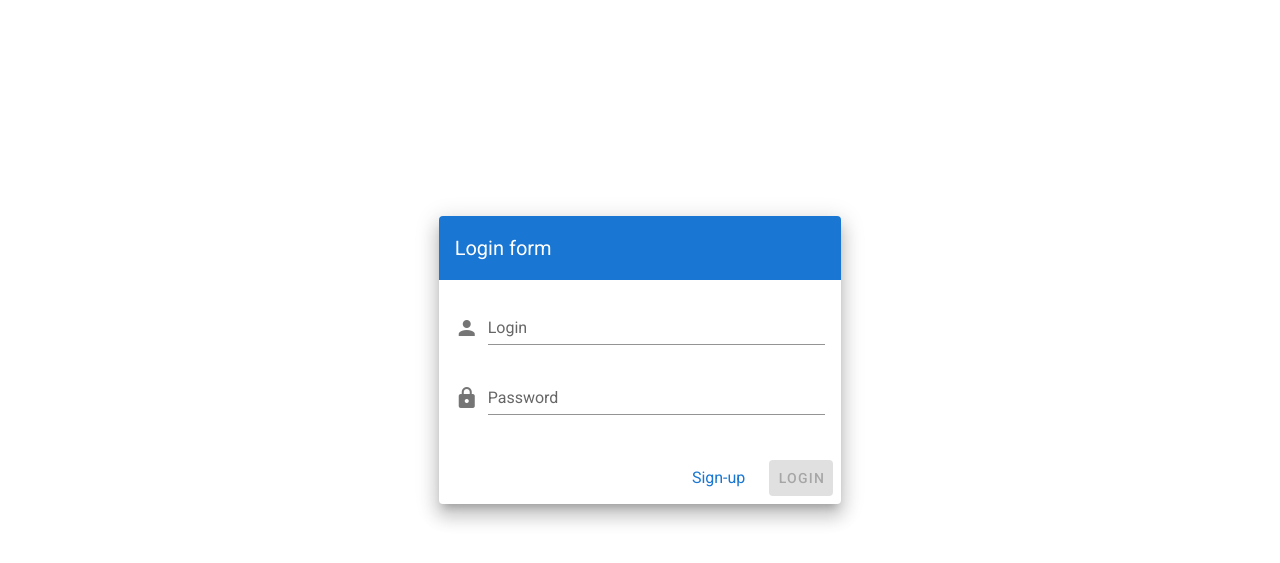
Repository: EldarioLink/lome
Page: /
The author's editor kept a copy of each file at every save. The page is drawn from the files as they stood at one save, then again after the next save.
The browser window is 1280 px wide. The pictures show the whole page.
The project was rebuilt for these pictures with package versions that can differ from the ones it lists, and the page was loaded fresh each time. Also part of the build but not shown: vue.config.js, src/layouts/MainLayout.vue.

Above is the page before, as saved 2020-09-11 16:17:58.

### src/main.js
import Vue from "vue";
import App from "./App.vue";
import VueRouter from "vue-router";
import router from "./router";
import store from "./store";

import firebase from "firebase/app";

// Add the Firebase products that you want to use
import "firebase/auth";
import "firebase/firestore";
import vuetify from "./plugins/vuetify";

Vue.use(VueRouter);

Vue.config.productionTip = false;
var firebaseConfig = {
  apiKey: "AIzaSyApWNnaz35IxgPm7jItGTBmmhuXDdPxA9g",
  authDomain: "lome-b0ead.firebaseapp.com",
  databaseURL: "https://lome-b0ead.firebaseio.com",
  projectId: "lome-b0ead",
  storageBucket: "lome-b0ead.appspot.com",
  messagingSenderId: "666332082702",
  appId: "1:666332082702:web:35d0519f1b72a009f9425f"
};

// Initialize Firebase
firebase.initializeApp(firebaseConfig);

let app;
firebase.auth().onAuthStateChanged(() => {
  console.log("app", app);
  if (!app) {
    new Vue({
      router,
      store,
      vuetify,
      render: h => h(App)
    }).$mount("#app");
  }
});

### src/App.vue
<template>
  <div id="app">
    <component :is="layout"> </component>
  </div>
</template>

<script>
import EmptyLayout from "@/layouts/EmptyLayout";
import MainLayout from "@/layouts/MainLayout";

export default {
  name: "App",
  data: () => ({}),
  components: {
    EmptyLayout,
    MainLayout
  },
  computed: {
    layout() {
      return (this.$route.meta.layout || "empty") + "-layout";
    }
  }
};
</script>

<style lang="scss"></style>

### src/router/index.js
import Vue from "vue";
import VueRouter from "vue-router";
import firebase from "firebase/app";

Vue.use(VueRouter);

const routes = [
  {
    path: "/",
    name: "Home",
    meta: { layout: "main", auth: true },
    component: () => import("@/views/Home.vue")
  },
  {
    path: "/login",
    name: "login",
    meta: { layout: "empty" },
    component: () => import("@/views/Login.vue")
  },
  {
    path: "/register",
    name: "register",
    meta: { layout: "empty" },
    component: () => import("@/views/Register.vue")
  }
];

const router = new VueRouter({
  mode: "history",
  base: process.env.BASE_URL,
  routes
});

router.beforeEach((to, from, next) => {
  const currentUser = firebase.auth().currentUser;
  const requireAuth = to.matched.some(record => record.meta.auth);
  if (requireAuth && !currentUser) {
    next("/login");
  } else {
    next();
  }
});

export default router;

### src/store/index.js
import Vue from "vue";
import Vuex from "vuex";
import auth from "./auth";

Vue.use(Vuex);

export default new Vuex.Store({
  state: {
    error: null
  },
  mutations: {
    setError(state, error) {
      state.error = error;
    },
    clearError(state) {
      state.error = null;
    }
  },
  actions: {},
  getters: {
    error: s => s.error
  },
  modules: {
    auth
  }
});

### src/layouts/EmptyLayout.vue
<template>
  <v-app class="black-back">
    <router-view />
  </v-app>
</template>

<script>
export default {
  computed: {},
  watch: {}
};
</script>

<style lang="scss" scoped></style>

### src/views/Login.vue
<template>
  <v-app id="inspire">
    <v-main>
      <v-container class="fill-height" fluid>
        <v-row align="center" justify="center">
          <v-col cols="12" sm="8" md="4">
            <v-card class="elevation-12">
              <v-toolbar color="primary" dark flat>
                <v-toolbar-title>Login form</v-toolbar-title>
                <v-spacer></v-spacer>
              </v-toolbar>
              <v-card-text>
                <v-form v-model="isValid">
                  <v-text-field
                    label="Login"
                    name="login"
                    prepend-icon="mdi-account"
                    type="text"
                    v-model.trim="email"
                    required
                    :rules="[rules.required, rules.email]"
                  ></v-text-field>

                  <v-text-field
                    id="password"
                    label="Password"
                    name="password"
                    prepend-icon="mdi-lock"
                    type="password"
                    v-model.trim="password"
                    required
                    :rules="[
                      rules.required,
                      rules.passNumber,
                      rules.passLength
                    ]"
                  ></v-text-field>
                </v-form>
              </v-card-text>
              <v-card-actions>
                <v-spacer></v-spacer>
                <router-link
                  to="/register"
                  color="primary"
                  class="pr-6 text-decoration-none"
                >
                  Sign-up
                </router-link>
                <v-btn
                  color="primary"
                  @click="submitHandler"
                  :disabled="!isValid"
                  >Login</v-btn
                >
              </v-card-actions>
            </v-card>
          </v-col>
        </v-row>
      </v-container>
    </v-main>
  </v-app>
</template>

<script>
export default {
  data: () => ({
    email: "",
    password: "",
    isValid: false,
    rules: {
      required: v => !!v || "Required",
      email: v =>
        /^\w+([.-]?\w+)*@\w+([.-]?\w+)*(\.\w{2,3})+$/.test(v) ||
        "E-mail must be valid",
      passLength: v =>
        (v && v.length >= 6) || "Password must have 5+ characters",
      passNumber: v => /(?=.*\d)/.test(v) || "Must have one number",
      passConfirm: () =>
        this.password === this.passwordConfirm || "Password must be same"
    }
  }),
  methods: {
    async submitHandler() {
      const formData = {
        email: this.email,
        password: this.password
      };
      try {
        await this.$store.dispatch("login", formData);
        this.$router.push("/");
        // eslint-disable-next-line no-empty
      } catch (e) {
        console.log(e);
      }
    }
  }
};
</script>

### src/store/auth.js
/* eslint-disable no-useless-catch */
/* eslint-disable no-unused-vars */
import firebase from "firebase/app";

export default {
  actions: {
    async login({ dispatch, commit }, { email, password }) {
      try {
        await firebase.auth().signInWithEmailAndPassword(email, password);
        console.log("loginStore");
        // eslint-disable-next-line no-empty
      } catch (e) {
        commit("setError", e);
        throw e;
      }
    },
    async register({ dispatch, commit }, { email, password, name }) {
      try {
        await firebase.auth().createUserWithEmailAndPassword(email, password);
        console.log("RegistrStore");

        // eslint-disable-next-line no-empty
      } catch (e) {
        console.log("e", e);
        throw e;
      }
    },
    async logout({ commit }) {
      console.log("logout");
      await firebase.auth().signOut();
    }
  }
};

Loaded but not shown: public/index.html (common file); src/plugins/vuetify.js (common file)

After the next save:
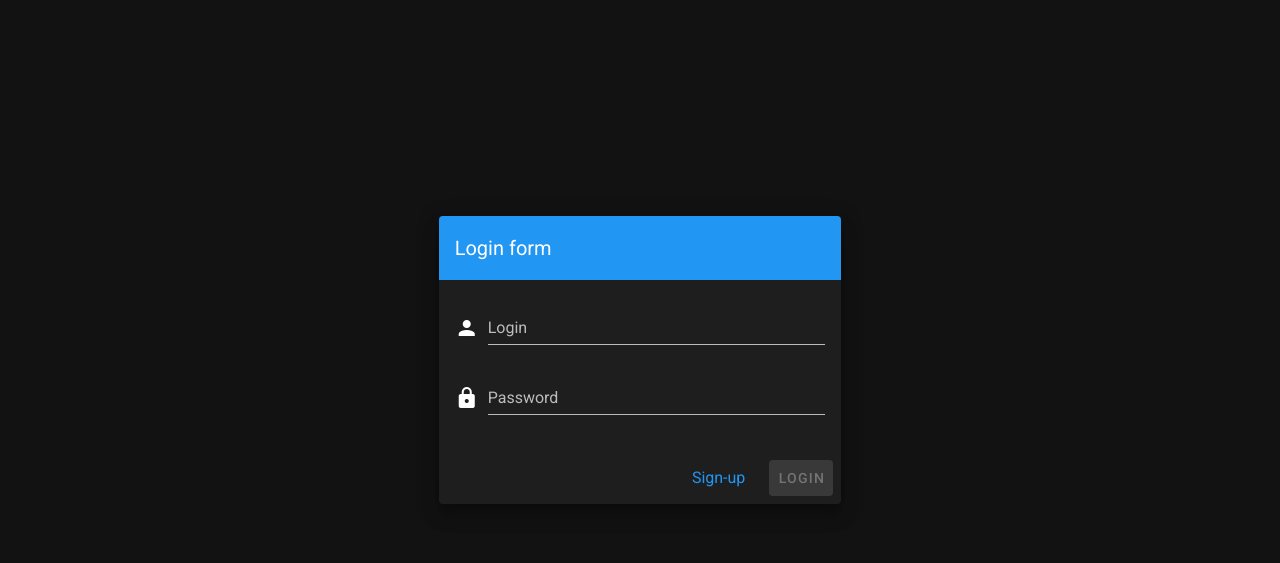
Saved 11 min 27 s later.
--- a/src/layouts/EmptyLayout.vue
+++ b/src/layouts/EmptyLayout.vue
@@ -6,8 +6,15 @@
 
 <script>
 export default {
-  computed: {},
-  watch: {}
+  props: {
+    source: String
+  },
+  data: () => ({
+    drawer: null
+  }),
+  created() {
+    this.$vuetify.theme.dark = true;
+  }
 };
 </script>
 
